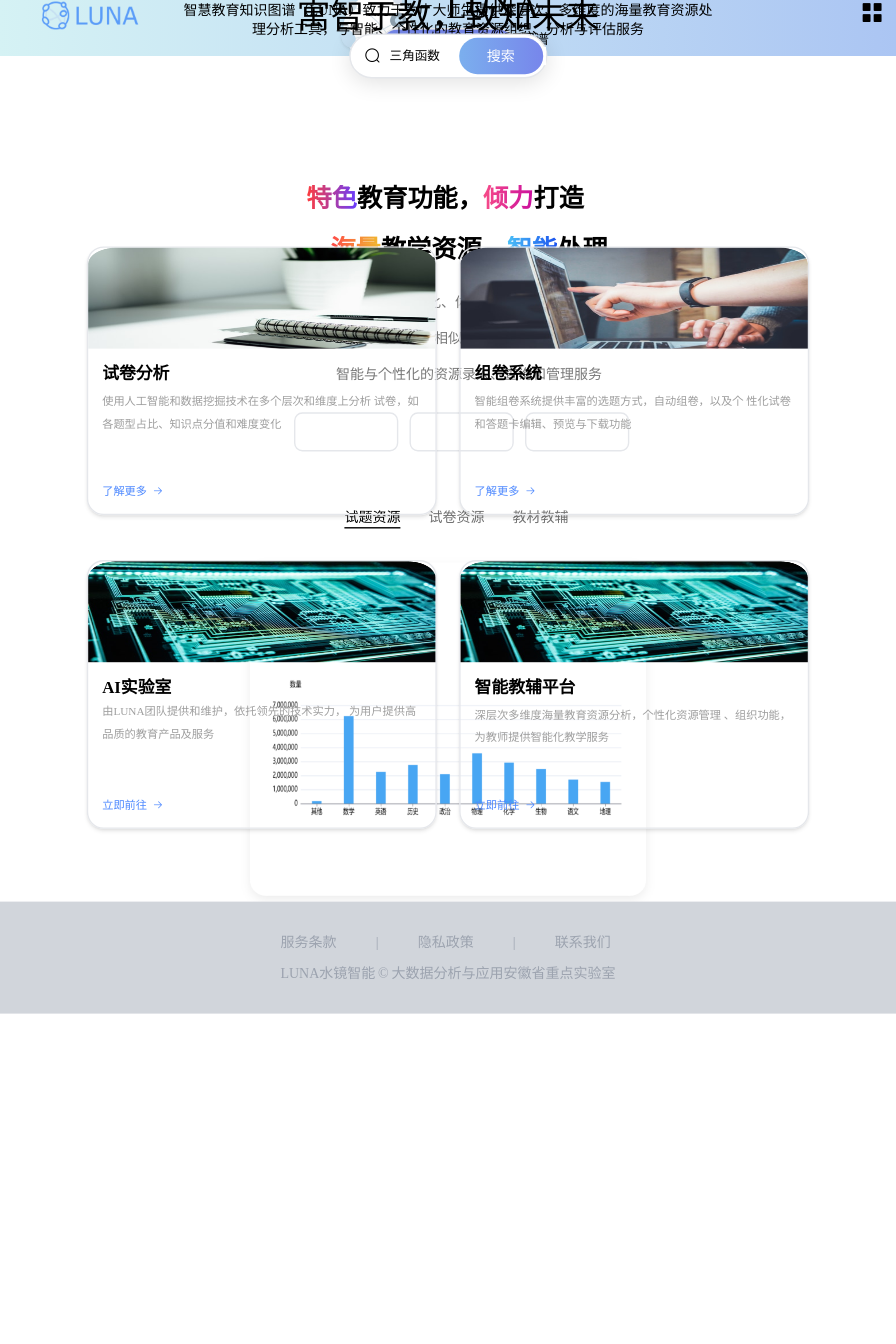
Repository: xydzy1/vue-start
Page: /
An editor plug-in stored every save of this project. The page is shown before and after the next save, followed by the edit.
The browser window is 1280 px wide. The pictures show the part of the page from y = 0 to 1920 px (the page is 3100 px tall before and 1500 px after), at 70% of full size.
The project was rebuilt for these pictures with package versions that can differ from the ones it lists, and the page was loaded fresh each time. Also part of the build but not shown: vite.config.js, vue.config.cjs, src/assets/part1.css.

Above is the page before, as saved 2023-08-11 17:42:01.

### index.html
<!doctype html>
<html lang="en">
  <head>
    <meta charset="UTF-8" />
    <link rel="icon" type="image/svg+xml" href="/vite.svg" />
    <meta name="viewport" content="width=device-width, initial-scale=1.0" />
    <title>Vite App</title>
  </head>
  <body>
    <div id="app"></div>
    <script type="module" src="./src/main.js"></script>
  </body>
</html>

### src/main.js
// main.js
import Vue from "vue";
import VueRouter from 'vue-router'
import router from './router'
import App from "./App.vue"
import axios from 'axios'
import './style/tailwind.css'
import ElementUI from "element-ui"
import 'element-ui/lib/theme-chalk/index.css'
import './assets/part1.css'



Vue.use(ElementUI)
Vue.use(VueRouter);

new Vue({
   router,
   el: "#app",
   render: (h) => h(App)
}).$mount();

### src/router/index.js
import Vue from 'vue'
import VueRouter from 'vue-router'

Vue.use(VueRouter)

const routes=[
    {
        path: '/',
        redirect: 'new_homepage',
    },
    {
        path: '/new_homepage',
        name: 'new_homepage',
        component: () => import('../components/main.vue'),
    },
    {
        path: '/hello',
        name: 'hello',
        component: () => import('../components/hello.vue'),
    }
]

const router = new VueRouter({
    mode: 'history',
    routes
  })

export default router

### src/App.vue
<template>
	<div>
		<router-view/>
	</div>
</template>

<script>

</script>

### src/components/main.vue
<template>
	<div class="font-Sara items-center overflow-x-hidden">
		<part1/>
		<part2/>
		<part3/>
		<part4/>
	</div>
</template>

<style scoped>

</style>

<script>
	import part1 from './all_part/part1.vue'
	import part2 from './all_part/part2.vue'
	import part3 from './all_part/part3.vue'
	import part4 from './all_part/part4.vue'
	export default{
		data() {
			return {}
		},
		methods:{},
		created(){
		},
		components:{part1,part2,part3,part4},
	}
	//导航栏响应滚动变色
	window.onscroll=function(){
		var topScroll =window.pageYOffset;
		console.log(topScroll)
		var nav=document.getElementById("nav");
		if(topScroll>120){
			nav.style.backgroundColor = 'rgba(255,255,255,0.75)';
			nav.style.backdropFilter = 'blur(24px)';
		}
		else{
			nav.style.backgroundColor = '';
			nav.style.backdropFilter = '';
		}
	}

</script>

### src/components/all_part/part1.vue
<template>
    <div>
        <div class="w-full max-w-1280 px-10 py-10 minw:px-5 minw:py-5 absolute flex items-center justify-center h-p1_1_nh minw:h-p1_1_wh bg-gradient-to-r from-p1_c3 from-0% via-p1_c2 via-45% to-p1_c1 to-100% bg-opacity-100">
			<div class="fixed flex flex-row top-0 w-full z-50 transition duration-300 py-nav_py" id="nav">
				<span class="flex-none pl-14">
					<img src="../../image/logo.png" class="w-36 h-11" >
				</span>
				<span class="flex-1"></span>
				<span class="hidden flex-none minw:flex flex-row flex-nowrap max-w-1280 mx-14 text-xl font-medium">
					<button class="pr-3 hover:text-blue-400">首页</button>
					<button class="pr-3 ml-6 hover:text-blue-400">功能</button>
					<button v-for="item in ['AI实验室','成员']" class="ml-6 pr-3 hover:text-blue-400">{{ item }}</button>
					<span class="ml-6 mt-2">|</span>
					<button class="ml-6 hover:text-blue-400 ">登录</button>
					<button class="border-login_cborder border-2 rounded-full pl-4 pr-4 ml-6 py-2 hover:text-blue-400 ">注册</button>
				</span>
				<span class="flex-1 minw:hidden">
					<button class="hover:text-blue-400 text-4xl absolute right-4"><i class="el-icon-menu"></i></button>
				</span>
			</div>
			<div class="absolute flex flex-row max-w-1280 bottom-logo_bottom">
				<span class="flex-none">
					<img src="../../image/logo2.png" class="w-32 h-32">
				</span>
				<span class="mx-3 py-2.5">
					<h1 class="text-5xl font-medium px-5">LUNA</h1>
					<h2 class="text-xl font-normal text-center max-w-760 mt-2">智慧教育知识图谱</h2>
				</span>
			</div>
			<div class="absolute flex flex-row shadow-p1_shadow max-w-1280 border-2 rounded-full w-auto minw:w-160 h-16 mx-15 minw:mx-0 bg-white items-center bottom-0 -bottom-8 z-40">
				<i class="el-icon-search text-2xl ml-5 mr-3 my-4.5"></i>
				<div class="w-search_frame_narrow minw:w-search_frame_wide">
					<input type="text" class="my-search_frame_my flex-none text-left text-4.5 font-medium w-search_frame_narrow minw:w-search_frame_wide flex-none outline-none z-1" placeholder="在此输入知识点名称" v-model="serchinfo">
				</div>
				<div class="absolute right-0 shadow-p1_shadow2 border-1 rounded-full px-0 py-0 mr-1">
					<button @click='hello' class="shadow-p1_shadow2 transition duration-300 text-center border-1 rounded-full px-10 py-3 z-2 text-white text-xl font-normal bg-gradient-to-r from-p1_cbutton1 to-p1_cbutton2">
					搜索
				</button>
				</div>
			</div>
		</div>
        <div class="w-full max-w-1280 absolute flex items-center justify-center h-p1_2_nh minw:h-p1_2_wh mt-p1_1_nh minw:mt-p1_1_wh">
			    <div class="absolute top-10">
				    <button @click="hello" class="transition duration-300 border-2 rounded-full pl-10 pr-10 pt-3 pb-3 bg-gradient-to-t from-p1_cbutton1 to-p1_cbutton2 text-white text-xl font-normal">
					    vue-router-api
				    </button>
			    </div>
			    <div class="flex-none absolute top-1/3 w-760 text-center text-5xl font-medium">
				    寓智于教，致知未来
			    </div>
			    <div class="flex-none absolute flex top-1/2 w-760 text-center text-xl font-normal">
					智慧教育知识图谱（LUNA）致力于为广大师生提供深层次、多维度的海量教育资源处理分析工具，与智能、个性化的教育资源组织、分析与评估服务
			    </div>
		</div>
    </div>
</template>


<style scoped>
	button:active{
		transform: scale(.95);
	}
	button:hover{
		filter: brightness(.9);
	}
</style>

<script>
    export default{
        name: 'part1',
        data() {
			return {
				serchinfo: '三角函数',
			}
		},
		methods:{
			hello() {
				this.$router.replace('/hello');
			},
		},
    }
</script>

### src/components/all_part/part2.vue
<template>
    <div class="absolute w-full max-w-1280 flex items-center justify-center h-1500 minw:h-1000 mt-p2_mt px-10 minw:px-20 py-50">
			<div class="flex flex-col-reverse minw:flex-row flex-none items-center justify-center">
				<div class="flex flex-col items-center justify-center minw:items-stretch mt-20 minw:mt-0">
					<div class="flex flex-row text-xl font-semibold ml-6">
						<div class="flex flex-col" id="b1">
							<button class="flex-none" @click="c1">试题资源</button>
							<p class="w-auto h-0.5 bg-black" id="l1"></p>
						</div>
						<p class="w-10"></p>
						<div class="flex flex-col" id="b2">
							<button class="flex-none" @click="c2">试卷资源</button>
							<p class="w-auto h-0.5 bg-black" id="l2"></p>
						</div>
						<p class="w-10"></p>
						<div class="flex flex-col" id="b3">
							<button class="flex-none" @click="c3">教材教辅</button>
							<p class="w-auto h-0.5 bg-black" id="l3"></p>
						</div>
					</div>
					<div class="flex items-center justify-center mt-8">
						<div class="flex-none">
							<img src="../../image/data.png" class="w-152.5 h-130">
						</div>
					</div>
				</div>
				<div class="flex flex-col mt-36 ml-15">
					<span class="w-125 text-4xl font-bold text-center minw:text-left">
						<span class="bg-gradient-to-r from-p2_cword1_1 to-p2_cword1_2 inline-block bg-clip-text text-transparent">海量</span>
						<span >教学资源，</span>
						<span class="bg-gradient-to-r from-p2_cword2_1 to-p2_cword2_2 inline-block bg-clip-text text-transparent">智能</span>
						<span>处理</span>
					</span>
					<ul class="w-125 text-xl font-normal text-p3_cword4 mt-10 text-center minw:text-left">
						<li>海量标准化、体系化的教学资源</li>
						<li class="pt-6">基于高效准确的试题相似度评估算法的高质量资源库</li>
						<li class="pt-6">智能与个性化的资源录入、查询和管理服务</li>
					</ul>
					<span class="flex flex-row w-125 text-xl text-white font-normal mt-10">
						<button class="bg-p2_cbutton2 pt-3 pb-3 pl-5 pr-5 mr-4 border-2 rounded-xl"><i class="el-icon-edit"></i> 试题录入</button>
						<button class="bg-p2_cbutton3 pt-3 pb-3 pl-5 pr-5 mr-4 border-2 rounded-xl"><i class="el-icon-search"></i> 试题检索</button>
						<button class="bg-p2_cbutton1 pt-3 pb-3 pl-5 pr-5 border-2 rounded-xl"><i class="el-icon-reading"></i> 智能分析</button>
					</span>
				</div>
			</div>
	</div>
</template>

<script>
    export default{
        name: 'part2',
		data(){
			return{

			}
		},
		methods:{
			c1(){
				var b1=document.getElementById('b1');
				var b2=document.getElementById('b2');
				var b3=document.getElementById('b3');
				var l1=document.getElementById('l1');
				var l2=document.getElementById('l2');
				var l3=document.getElementById('l3');
				b1.style.color='#000000';
				b2.style.color='#707070';
				b3.style.color='#707070';
				l1.style.display='';
				l2.style.display='none';
				l3.style.display='none';
			},
			c2(){
				var b1=document.getElementById('b1');
				var b2=document.getElementById('b2');
				var b3=document.getElementById('b3');
				var l1=document.getElementById('l1');
				var l2=document.getElementById('l2');
				var l3=document.getElementById('l3');
				b1.style.color='#707070';
				b2.style.color='#000000';
				b3.style.color='#707070';
				l1.style.display='none';
				l2.style.display='';
				l3.style.display='none';
			},
			c3(){
				var b1=document.getElementById('b1');
				var b2=document.getElementById('b2');
				var b3=document.getElementById('b3');
				var l1=document.getElementById('l1');
				var l2=document.getElementById('l2');
				var l3=document.getElementById('l3');
				b1.style.color='#707070';
				b2.style.color='#707070';
				b3.style.color='#000000';
				l1.style.display='none';
				l2.style.display='none';
				l3.style.display='';
			}
		},
		mounted(){
			this.c1();
		}
	}
</script>

### src/components/all_part/part3.vue
<template>
    <div class="container pt-45 pb-45 pl-20 pb-20 absolute flex flex-row max-w-full h-1500 xl:h-1000 mt-2100 bg-gradient-to-r from-p3_c1 to-p3_c2">
			<div class="xl:mt-41.5 xl:mb-41.5 xl:mr-41.5 xl:left-1/8 basis-2/5 flex-none absolute left-1/3">
				<div class="top-80 basis-2/5 flex flex-col">
					<span class="flex-none basis-1/5 w-125 h-8 text-4xl font-bold">
						<span class="bg-gradient-to-r from-p3_cword1_1 to-p3_cword1_2 inline-block bg-clip-text text-transparent">
							多元
						</span>
						<span>知识点，</span>
						<span class="bg-gradient-to-r from-p3_cword2_1 to-p3_cword2_2 inline-block bg-clip-text text-transparent">
							直观
						</span>
						<span>呈现</span>
					</span>
					<ul class="flex-none basis-3/5 text-xl font-normal mt-14 text-p3_cword4">
						<li>知识点智能化组织与展示</li>
						<li class="pt-6">结构清晰，辅助学生梳理知识</li>
						<li class="pt-6">前驱后继、共同学习和层级关系三种知识关系展示</li>
					</ul>
					<span class="flex-none basis-1/5 mt-10 text-white text-xl font-normal">
						<button class="bg-p3_cbutton pl-4 pr-6 pt-3 pb-3 border-2 rounded-xl"><i class="el-icon-right pr-2"></i>立即前往</button>
					</span>
				</div>
			</div>
			<div class="flex basis-3/5 items-center w-2/5 justify-center ml-10 mt-125 mb-11 pl-8 pr-8 absolute left-1/3 xl:left-1/2 xl:mt-11">
					<div class="flex-none px-8 flex flex-col border-2 rounded-3xl shadow-p3_shadow bg-white z-0">
						<span class="flex-none basis-3/5">
							<img src="../../image/triangle.png" class="w-114 h-80">
							<img src="../../image/triangle2.png" class="relative left-2/3 w-16 h-28">
						</span>
						<span class="basis-2/5 pb-8 mt-8 flex flex-col flex-none">
							<span class="text-2xl font-bold basis-2/5">三角函数</span>
							<span class="text-xl font-normal basis-1/5 text-p3_cword3 mt-6 leading-8">
								<p>三角函数是基本初等函数之一，是以角度（数学上最常</p>
								<p>用弧度制，下同）为自变量，角度对应任意角终边与单</p>
								<p>位圆交点坐标或其比值为因变量的函数...</p>
							</span>
						</span>
					</div>
			</div>
	</div>
</template>

<script>
    export default{
        name: 'part2'
    }
</script>

### src/components/all_part/part4.vue
<template>
    <div class="transtion duration-200 ease-in-out">
        <div class="py-66 px-20 absolute flex flex-col w-full max-w-1280 h-auto md:h-1160 mt-p4_mt2 minw:mt-p4_mt1 items-center justify-center">
			<div class="flex-none flex text-4xl ml-24 minw:ml-0 font-bold w-125 ">
				<span class="bg-gradient-to-r from-p4_cword1_1 to-p4_cword1_2 inline-block bg-clip-text text-transparent">
					特色
				</span>
				<span>教育功能，</span>
				<span class="bg-gradient-to-r from-p4_cword2_1 to-p4_cword2_2 inline-block bg-clip-text text-transparent">
					倾力
				</span>
				<span>打造</span>
			</div>
			<div class="flex flex-col minw:flex-row mt-12">
				<div class="flex-none flex flex-col md:flex-row">
					<div class="relative transform hover:-translate-y-4 flex-none flex flex-col w-125 minw:w-72 h-96 border-2 rounded-3xl shadow-md mx-4">
						<span>
							<img src="../../image/p4-1.png" class="w-full minw:w-72 h-36 hover:mt-4">
						</span>
						<span class="text-2xl font-bold mt-5 mx-5">试卷分析</span>
						<span class="text-p3_cword3 leading-8 mt-2 mx-5 font-normal">
							<p>使用人工智能和数据挖掘技术在多个层次和维度上分析
							试卷，如各题型占比、知识点分值和难度变化</p>
						</span>
						<span class="absolute bottom-5">
							<button class="text-p4_cbutton pl-5 pt-2">了解更多<i class="el-icon-right pl-2"></i></button>
						</span>
					</div>
					<div class="relative transform hover:-translate-y-4 flex-none flex flex-col w-125 minw:w-72 h-96 border-2 rounded-3xl shadow-md mx-4 mt-16 md:mt-0">
						<span>
							<img src="../../image/p4-2.png" class="w-full minw:w-72 h-36">
						</span>
						<span class="text-2xl font-bold mt-5 mx-5">组卷系统</span>
						<span class="text-p3_cword3 leading-8 mt-2 mx-5 font-normal">
							<p>智能组卷系统提供丰富的选题方式，自动组卷，以及个
								性化试卷和答题卡编辑、预览与下载功能</p>
						</span>
						<span class="absolute bottom-5">
							<button class="text-p4_cbutton pl-5 pt-2">了解更多<i class="el-icon-right pl-2"></i></button>
						</span>
					</div>
				</div>
				<div class="flex flex-col md:flex-row">
					<div class="relative transform hover:-translate-y-4 flex-none flex flex-col w-125 minw:w-72 h-96 border-2 rounded-3xl shadow-md mx-4 mt-16 minw:mt-0">
						<span>
							<img src="../../image/p4-3.png" class="w-full minw:w-72 h-36">
						</span>
						<span class="p-5">
							<span class="text-2xl font-bold">AI实验室</span>
							<span class="text-p3_cword3 leading-8 mt-2 font-normal">
								<p>由LUNA团队提供和维护，依托领先的技术实力，
									为用户提供高品质的教育产品及服务</p>
							</span>
							<span class="absolute bottom-5">
								<button class="text-p4_cbutton pt-2">立即前往<i class="el-icon-right pl-2"></i></button>
							</span>
						</span>
					</div>
					<div class="relative transform hover:-translate-y-4 flex-none flex flex-col w-125 minw:w-72 h-96 border-2 rounded-3xl shadow-md mx-4 mt-16 minw:mt-0">
						<span>
							<img src="../../image/p4-3.png" class="w-full minw:w-72 h-36">
						</span>
						<span class="text-2xl font-bold mt-5 mx-5">智能教辅平台</span>
						<span class="text-p3_cword3 leading-8 mt-2 mx-5 font-normal">
							<p>深层次多维度海量教育资源分析，个性化资源管理
								、组织功能，为教师提供智能化教学服务</p>
						</span>
						<span class="absolute bottom-5">
							<button class="text-p4_cbutton pl-5 pt-2">立即前往<i class="el-icon-right pl-2"></i></button>
						</span>
					</div>
				</div>
			</div>
			<div class="w-full max-w-1280 py-8 px-72 absolute bottom-0 flex h-40 bg-gray-300 items-center justify-center">
			<div class="flex-none flex flex-col">
				<span class="flex flex-row text-gray-400 text-xl font-normal">
					<span>服务条款</span>
					<span class="ml-14">|</span>
					<span class="ml-14">隐私政策</span>
					<span class="ml-14">|</span>
					<span class="ml-14">联系我们</span>
				</span>
				<span class="flex flex-row text-gray-400 text-xl font-normal pt-4">
					<span>LUNA水镜智能</span>
					<span class="ml-1">©</span>
					<span class="ml-1">大数据分析与应用安徽省重点实验室</span>
				</span>
			</div>
			</div>
		</div>
    </div>
</template>

<script>
    export default{
        name: 'part2'
    }
</script>

### tailwind.config.cjs
module.exports = {
  purge: ['./index.html', './src/**/*.{vue,js,ts,jsx,tsx}'],
  darkMode: false, // or 'media' or 'class'
  theme: {
    extend: {
      colors: {
        //background color
        p1_c1: '#ABC5F3',
        p1_c2: '#C2DEF4',
        p1_c3: '#D5F2F4',
        p3_c1: '#FFF5F5',
        p3_c2: '#DDE2F6',
        //button color
        login_cborder: '#313131',
        p1_cbutton1: '#7BAFEE',
        p1_cbutton2: '#7786EB',
        p2_cbutton: '#766AD4',
        p3_cbutton: '#6291C4',
        p4_cbutton: '#4E89FF',
        //text color
        p2_cword1_1: '#FF4848',
        p2_cword1_2: '#F0BC2D',
        p2_cword2_1: '#4CC1F7',
        p2_cword2_2: '#1A52EE',
        p3_cword1_1: '#23A1CB',
        p3_cword1_2: '#3AF4EB',
        p3_cword2_1: '#F74CBE',
        p3_cword2_2: '#1A52EE',
        p3_cword3: '#9E9E9E',
        p3_cword4: '#787878',
        p4_cword1_1: '#FF3C3C',
        p4_cword1_2: '#663CFF',
        p4_cword2_1: '#F74C88',
        p4_cword2_2: '#CA0F9E',
      },
      container: {
        center: true,
        padding: '10px',
      },
      boxShadow: {
        'p1_shadow': '0px 6px 32px 0px rgba(0, 0, 0, 0.12)',
        'p3_shadow': '0px 4px 12px 0px rgba(0, 0, 0, 0.06)',
      },
      spacing:{
        '11': '44px',
        '15': '60px',
        '41.5': '166px',
        '45': '180px',
        '66': '264px',
        '110': '440px',
        '114': '456px',
        '125': '500px',
        '130': '520px',
        '140': '560px',
        '152.5': '610px',
        '160': '640px',
        '760': '760px',
        '1000': '1000px',
        '1280': '1280px',
        '1500': '1500px',
        '2100': '2100px',
        '3100': '3100px',
        '3600': '3600px',
        '4100': '4100px',
        '4600': '4600px',
        '3/5': '60%',
        '1/7': '14.2857143%',
        '1/8': '12.5%',
      },
      flexBasis: {
        '1/7': '14.2857143%',
        '2/7': '28.5714286%',
        '4/7': '57.1428571%',
      },
      fontFamily: {
        'Sara': ['Sarasa Gothic SC'],
      },
      fontSize: {
        '4.5': ['18px', '26px'],
      },
      lineHeight: {
        '12': '3rem'
      }
    },
  },
  variants: {
    extend: {},
  },
  plugins: [],
}

Loaded but not shown: src/style/tailwind.css (common file)

After the next save:
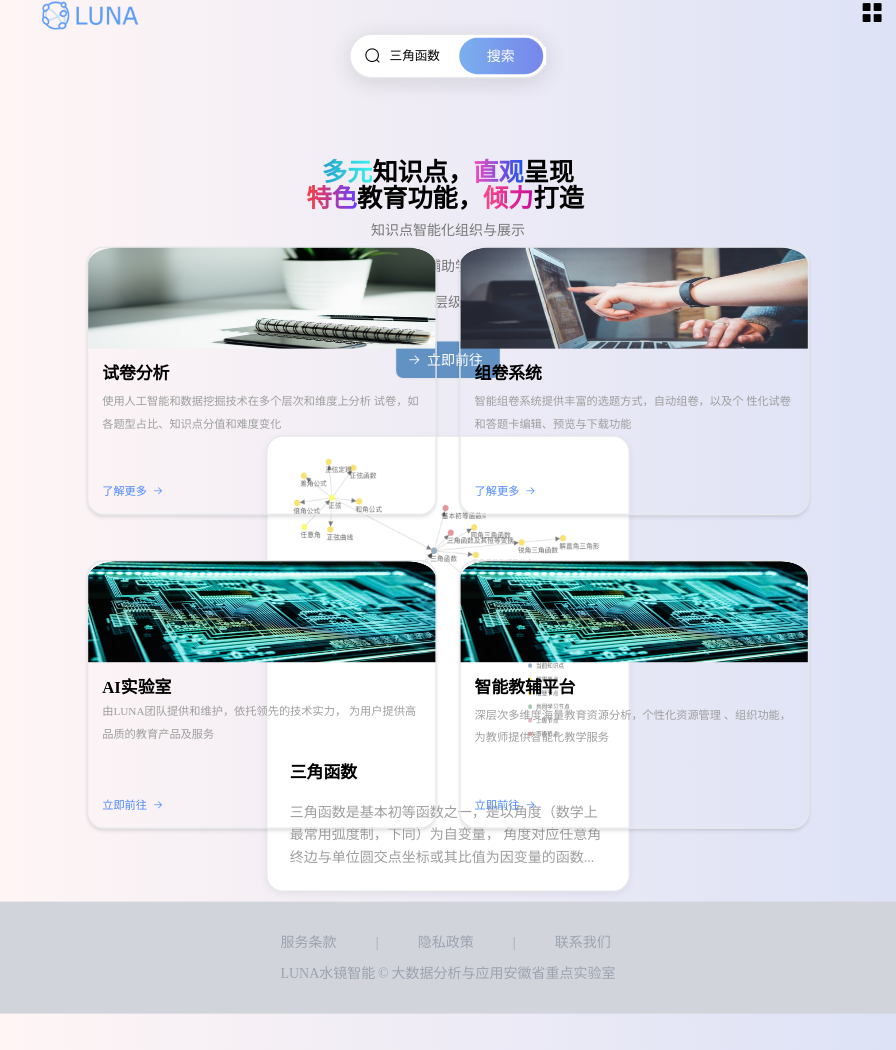
Saved 30 s later.
--- a/src/components/all_part/part3.vue
+++ b/src/components/all_part/part3.vue
@@ -1,8 +1,8 @@
 <template>
-    <div class="container pt-45 pb-45 pl-20 pb-20 absolute flex flex-row max-w-full h-1500 xl:h-1000 mt-2100 bg-gradient-to-r from-p3_c1 to-p3_c2">
-			<div class="xl:mt-41.5 xl:mb-41.5 xl:mr-41.5 xl:left-1/8 basis-2/5 flex-none absolute left-1/3">
-				<div class="top-80 basis-2/5 flex flex-col">
-					<span class="flex-none basis-1/5 w-125 h-8 text-4xl font-bold">
+    <div class="items-center justify-center py-45 px-10 minw:px-20 absolute w-full max-w-1280 flex flex-col minw:flex-row h-1500 minw:h-1000 mt-p3_mt2 minw:mt-p3_mt1 bg-gradient-to-r from-p3_c1 to-p3_c2">
+			<div class="flex-none">
+				<div class="flex flex-col items-center minw:items-stretch">
+					<span class="flex-none w-125 h-8 text-4xl font-bold text-center minw:text-left">
 						<span class="bg-gradient-to-r from-p3_cword1_1 to-p3_cword1_2 inline-block bg-clip-text text-transparent">
 							多元
 						</span>
@@ -12,28 +12,27 @@
 						</span>
 						<span>呈现</span>
 					</span>
-					<ul class="flex-none basis-3/5 text-xl font-normal mt-14 text-p3_cword4">
+					<ul class="flex-none text-xl font-normal mt-14 text-p3_cword4 text-center minw:text-left">
 						<li>知识点智能化组织与展示</li>
 						<li class="pt-6">结构清晰，辅助学生梳理知识</li>
 						<li class="pt-6">前驱后继、共同学习和层级关系三种知识关系展示</li>
 					</ul>
-					<span class="flex-none basis-1/5 mt-10 text-white text-xl font-normal">
+					<span class="flex-none mt-10 text-white text-xl font-normal">
 						<button class="bg-p3_cbutton pl-4 pr-6 pt-3 pb-3 border-2 rounded-xl"><i class="el-icon-right pr-2"></i>立即前往</button>
 					</span>
 				</div>
 			</div>
-			<div class="flex basis-3/5 items-center w-2/5 justify-center ml-10 mt-125 mb-11 pl-8 pr-8 absolute left-1/3 xl:left-1/2 xl:mt-11">
-					<div class="flex-none px-8 flex flex-col border-2 rounded-3xl shadow-p3_shadow bg-white z-0">
-						<span class="flex-none basis-3/5">
+			<div class="flex-none flex flex-col items-center justify-center px-0 minw:px-20 mt-20 minw:mt-11">
+					<div class="w-130 minw:ml-20 h-auto px-8 flex flex-col flex-none border-2 rounded-3xl shadow-p3_shadow bg-white z-0">
+						<span class="flex-none">
 							<img src="../../image/triangle.png" class="w-114 h-80">
-							<img src="../../image/triangle2.png" class="relative left-2/3 w-16 h-28">
+							<img src="../../image/triangle2.png" class="relative left-3/4 w-16 h-28">
 						</span>
-						<span class="basis-2/5 pb-8 mt-8 flex flex-col flex-none">
-							<span class="text-2xl font-bold basis-2/5">三角函数</span>
-							<span class="text-xl font-normal basis-1/5 text-p3_cword3 mt-6 leading-8">
-								<p>三角函数是基本初等函数之一，是以角度（数学上最常</p>
-								<p>用弧度制，下同）为自变量，角度对应任意角终边与单</p>
-								<p>位圆交点坐标或其比值为因变量的函数...</p>
+						<span class="pb-8 mt-8 flex flex-col flex-none">
+							<span class="text-2xl font-bold">三角函数</span>
+							<span class="text-xl font-normal text-p3_cword3 mt-6 leading-8">
+								<p>三角函数是基本初等函数之一，是以角度（数学上最常用弧度制，下同）为自变量，
+									角度对应任意角终边与单位圆交点坐标或其比值为因变量的函数...</p>
 							</span>
 						</span>
 					</div>
